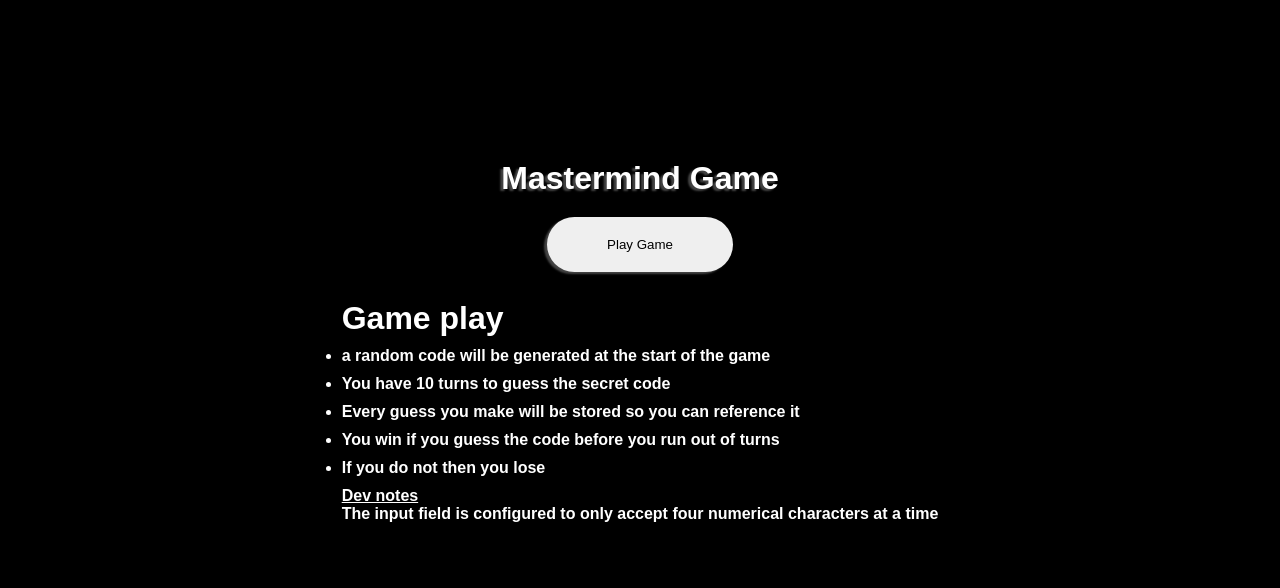
Repository: programmer686/Mastermind-with-Next.js
Page: /
The author's editor kept a copy of each file at every save. The page is drawn from the files as they stood at one save, then again after the next save.
The browser window is 1280 px wide. The pictures show the whole page.
The project was rebuilt for these pictures with package versions that can differ from the ones it lists, and the page was loaded fresh each time. The framework's server and built-in components were replaced by stand-ins that run in the browser. Also part of the build but not shown: next.config.js, src/styles/GameBoard.module.css, src/styles/PastPlay.module.css, src/comps/PastPlay.js, src/styles/GamePlay.module.css, src/comps/Logic.js, src/styles/Results.module.css, src/comps/Results.js and 3 more.

Above is the page before, as saved 2023-07-18 20:43:12.

### src/pages/index.js

import Head from 'next/head'
import Image from 'next/image'
import { Inter } from 'next/font/google'
import styles from '@/styles/Home.module.css'
import StartScreen from '@/comps/StartScreen'
import { useState } from 'react'
import GameBoard from '@/comps/GameBoard'

const inter = Inter({ subsets: ['latin'] })

export default function Home() {
  const [startGame, setStartGame] = useState(true);

  function handleStart() {
    setStartGame(prev => prev ? prev == false : prev == prev);
  }
  return (
    <>
      <Head>
        <title>Create Next App</title>
        <meta name="description" content="Generated by create next app" />
        <meta name="viewport" content="width=device-width, initial-scale=1" />
        <link rel="icon" href="/favicon.ico" />
      </Head>
     <main className={styles.index__body}>
        {startGame ? <StartScreen handleStart={handleStart}/> : <GameBoard/>}
     </main>
    </>
  )
}

### src/styles/Home.module.css


.index__body {
  margin: 0;
  padding: 0;
  box-sizing: border-box;
  width: 100vw;
  height: 100vh;
  background-color: black;
}

### src/comps/StartScreen.js
import styles from '@/styles/StartScreen.module.css'

export default function StartScreen(props) {
    return (
        <main className={styles.startscreen__body}>
            <p className={styles.startscreen__game_name}>Mastermind Game</p>
            <button onClick={props.handleStart} className={styles.startscreen__play_button}>Play Game</button>
            <div className={styles.startscreen__game_fules_container}>
                <ul >
                    <h1 className={styles.startscreen__game_fules_li}>Game play</h1>
                    <li className={styles.startscreen__game_fules_li}>a random code will be generated at the start of the game</li>
                    <li className={styles.startscreen__game_fules_li}>You have 10 turns to guess the secret code</li>
                    <li className={styles.startscreen__game_fules_li}>Every guess you make will be stored so you can reference it</li>
                    <li className={styles.startscreen__game_fules_li}>You win if you guess the code before you run out of turns</li>
                    <li className={styles.startscreen__game_fules_li}>If you do not then you lose</li>
                    <p className={styles.startscreen__game_fules_li}><u>Dev notes</u><br/>
                    The input field is configured to only accept four numerical characters at a time
                    </p>
                </ul>
            </div>
        </main>
    )
}

### src/styles/StartScreen.module.css
.startscreen__body {
    width: 100vw;
    height: 100vh;
    display: flex;
    flex-direction: column;
    align-items: center;
    justify-content: center;
}

.startscreen__play_button {
    max-width: 300px;
    padding: 20px 60px;
    border: none;
    border-radius: 40px;
    box-shadow: -3px 2px 2px rgb(68, 68, 68);
    margin-top: 10px;

}

.startscreen__game_name {
    font-size: 2rem;
    font-weight: bolder;
    font-family: Arial, Helvetica, sans-serif;
    margin-bottom: 10px;
    text-shadow: -3px 2px 2px rgb(68, 68, 68);
    color: white;
}

.startscreen__game_fules_container {
    width: 60vw;
    height: 40vh;
    display: flex;
    flex-direction: column;
    align-items: center;
    justify-content: center;

}

.startscreen__game_fules_li {
    font-weight: bolder;
    font-family: Arial, Helvetica, sans-serif;
    margin-bottom: 10px;
    color: white;
}

Loaded but not shown: src/pages/_app.js (common file); src/pages/_document.js (common file); src/styles/globals.css (common file)

After the next save:
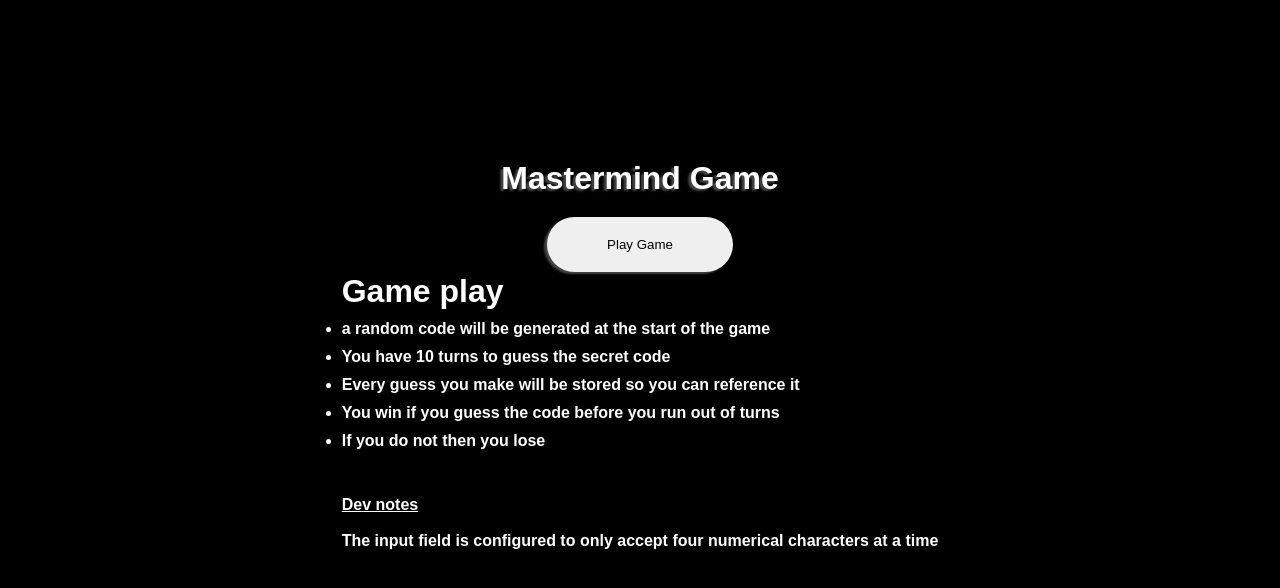
Saved 13 s later.
--- a/src/comps/StartScreen.js
+++ b/src/comps/StartScreen.js
@@ -12,8 +12,8 @@ export default function StartScreen(props) {
                     <li className={styles.startscreen__game_fules_li}>You have 10 turns to guess the secret code</li>
                     <li className={styles.startscreen__game_fules_li}>Every guess you make will be stored so you can reference it</li>
                     <li className={styles.startscreen__game_fules_li}>You win if you guess the code before you run out of turns</li>
-                    <li className={styles.startscreen__game_fules_li}>If you do not then you lose</li>
-                    <p className={styles.startscreen__game_fules_li}><u>Dev notes</u><br/>
+                    <li className={styles.startscreen__game_fules_li}>If you do not then you lose</li><br/><br/>
+                    <p className={styles.startscreen__game_fules_li}><u>Dev notes</u><br/><br/>
                     The input field is configured to only accept four numerical characters at a time
                     </p>
                 </ul>
